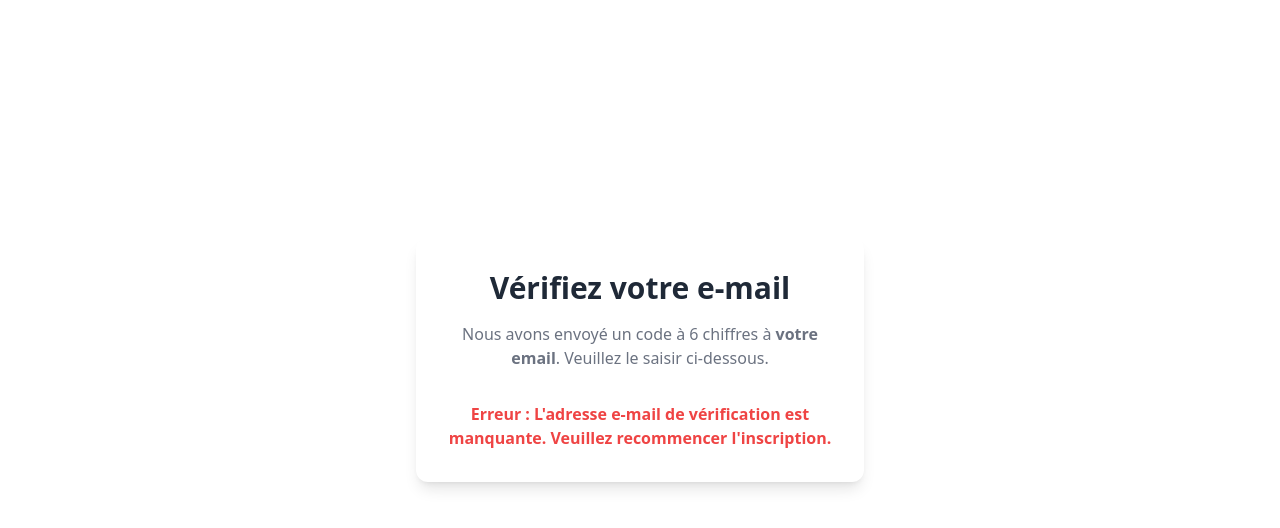
Repository: Mouad-git/edtpro
Page: gestion_edt/public/verify.html
An editor plug-in stored every save of this project. The page is shown before and after the next save, followed by the edit.
The browser window is 1280 px wide. The pictures show the whole page.
Some web libraries are served in a nearby version.

Above is the page before, as saved 2025-07-21 14:18:05.

### gestion_edt/public/verify.html
<!DOCTYPE html>
<html lang="fr">
<head>
    <meta charset="UTF-8">
    <title>Vérification du Compte</title>
    <script src="https://cdn.tailwindcss.com"></script>
    <style>
        .feedback-error { color: #ef4444; font-weight: 600; }
        .feedback-success { color: #22c55e; font-weight: 600; }
    </style>
</head>
<body class="flex items-center justify-center h-screen">
    <div class="w-full max-w-md bg-white p-8 rounded-xl shadow-lg text-center">
        <h1 class="text-3xl font-bold text-gray-800 mb-4">Vérifiez votre e-mail</h1>
        <p class="text-gray-500 mb-8">Nous avons envoyé un code à 6 chiffres à <b id="user-email">votre email</b>. Veuillez le saisir ci-dessous.</p>

        <form id="verifyForm">
            <!-- Ce champ caché contiendra l'email et sera envoyé avec le formulaire -->
            <input type="hidden" name="email" id="hidden-email">

            <input type="text" name="code" id="code"
                   class="w-full text-center text-3xl tracking-[1em] p-2 border border-gray-300 rounded-md placeholder:text-gray-300 placeholder:tracking-normal"
                   placeholder="------"
                   maxlength="6" required autocomplete="one-time-code">

            <button type="submit" class="w-full bg-black text-white p-2 rounded-lg mt-6 hover:bg-gray-800 transition-colors">Vérifier</button>
        </form>
        <div id="feedback" class="text-center mt-4"></div>
    </div>

    <script>
        document.addEventListener('DOMContentLoaded', function() {
            const urlParams = new URLSearchParams(window.location.search);
            const email = urlParams.get('email');
            const feedbackEl = document.getElementById('feedback');

            // --- CORRECTION CLÉ ---
            // On vérifie immédiatement si l'email est présent dans l'URL.
            if (!email) {
                // Si l'email est manquant, on ne peut pas continuer. On affiche une erreur et on bloque.
                feedbackEl.className = 'feedback-error';
                feedbackEl.textContent = "Erreur : L'adresse e-mail de vérification est manquante. Veuillez recommencer l'inscription.";
                document.getElementById('verifyForm').style.display = 'none'; // On cache le formulaire
                return; // On arrête le script ici.
            }

            // Si l'email est présent, on l'affiche et on remplit le champ caché.
            document.getElementById('user-email').textContent = email;
            document.getElementById('hidden-email').value = email;

            document.getElementById('verifyForm').addEventListener('submit', function(e) {
                e.preventDefault();
                feedbackEl.textContent = '';
                feedbackEl.className = '';

                const formData = new FormData(this);
                const data = Object.fromEntries(formData.entries());

                // Le champ 'email' est maintenant inclus grâce à l'input caché

                fetch('../api/auth/verify_code.php', {
                    method: 'POST',
                    headers: { 'Content-Type': 'application/json' },
                    body: JSON.stringify(data)
                })
                .then(response => response.json())
                .then(result => {
                    if (result.success) {
                        feedbackEl.className = 'feedback-success';
                        feedbackEl.textContent = result.message + " Redirection vers la page de connexion...";
                        setTimeout(() => {
                            window.location.href = 'login.html';
                        }, 3000);
                    } else {
                        feedbackEl.className = 'feedback-error';
                        feedbackEl.textContent = result.message || "Une erreur est survenue.";
                    }
                })
                .catch(error => {
                    feedbackEl.className = 'feedback-error';
                    feedbackEl.textContent = "Erreur de communication avec le serveur.";
                });
            });
        });
    </script>
</body>
</html>

After the next save:
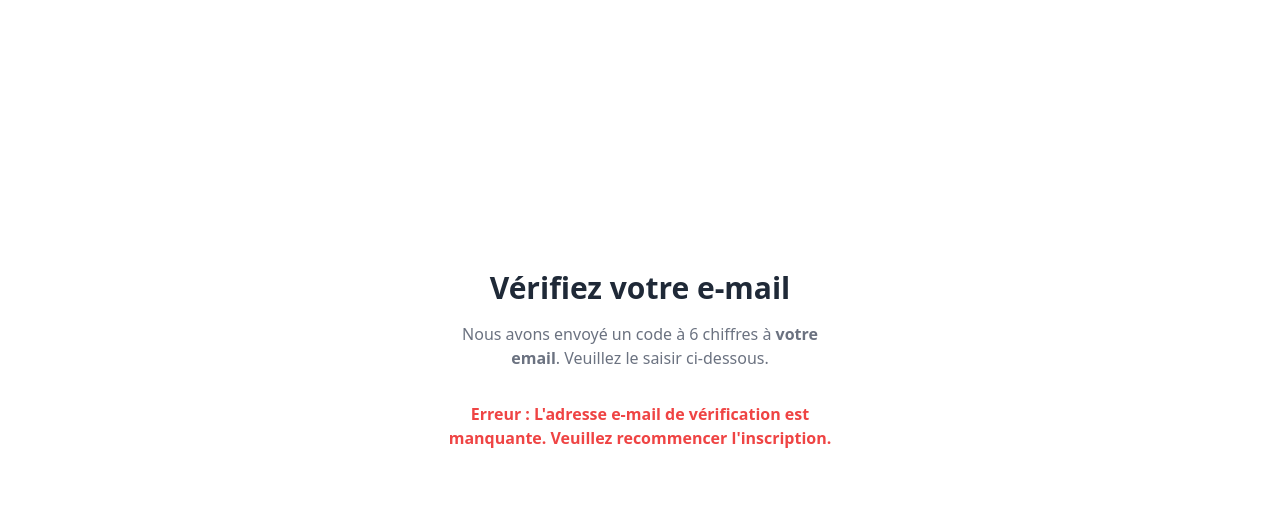
Saved 6 s later.
--- a/gestion_edt/public/verify.html
+++ b/gestion_edt/public/verify.html
@@ -10,7 +10,7 @@
     </style>
 </head>
 <body class="flex items-center justify-center h-screen">
-    <div class="w-full max-w-md bg-white p-8 rounded-xl shadow-lg text-center">
+    <div class="w-full max-w-md bg-white p-8 rounded-xl text-center">
         <h1 class="text-3xl font-bold text-gray-800 mb-4">Vérifiez votre e-mail</h1>
         <p class="text-gray-500 mb-8">Nous avons envoyé un code à 6 chiffres à <b id="user-email">votre email</b>. Veuillez le saisir ci-dessous.</p>
 
